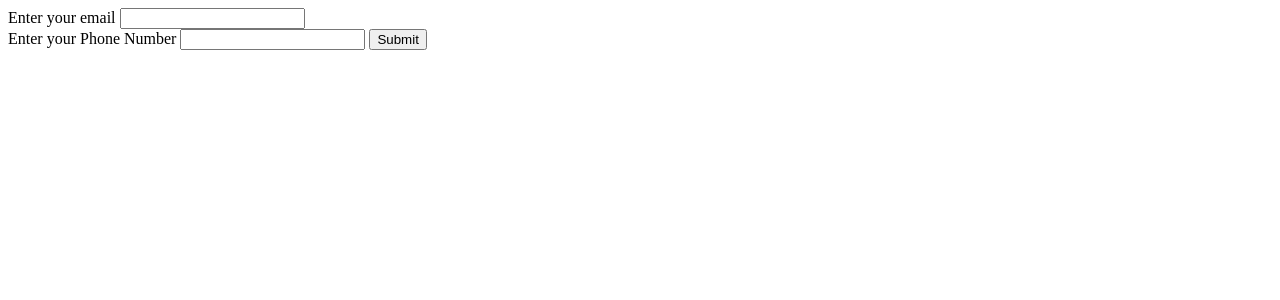
Repository: OmarAl-Saleh/Hospital-Emergency-System
Page: http://localhost/EmergencySystem/patient/sign-in.jsp
These files come from the project's save history. The page is drawn as it stood at one moment and after the next save; the edit follows.
The browser window is 1280 px wide. The pictures show the whole page.
The page is served by Tomcat 9. Other server files are loaded and not shown.

Above is the page before, as saved 2024-05-22 08:23:54.

### EmergencySystem/EmergencySystem/src/main/webapp/patient/sign-in.jsp
<%@ page language="java" contentType="text/html; charset=ISO-8859-1"
    pageEncoding="ISO-8859-1"%>
<!DOCTYPE html>
<html>
<head>
<meta charset="ISO-8859-1">
<title>Patient sign in page</title>
</head>
<body>
<form action="servlets/patient" method="get">
<label>Enter your email</label>
<input type="email" name="email"/>
<br>
<label>Enter your Phone Number</label>
<input type="tel" name="phoneNumber"/>
<input type="submit" value="Submit" />
</form>
</body>
</html>

After the next save:
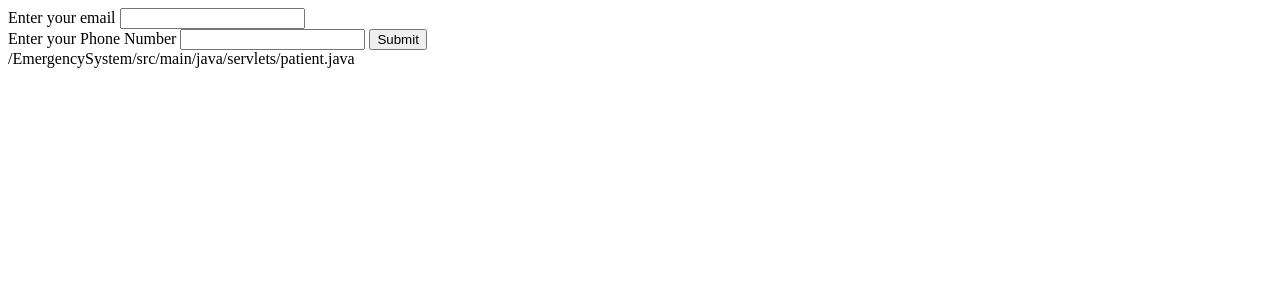
Saved 85 s later.
--- a/EmergencySystem/EmergencySystem/src/main/webapp/patient/sign-in.jsp
+++ b/EmergencySystem/EmergencySystem/src/main/webapp/patient/sign-in.jsp
@@ -7,7 +7,7 @@
 <title>Patient sign in page</title>
 </head>
 <body>
-<form action="servlets/patient" method="get">
+<form action="/EmergencySystem/src/main/java/servlets/patient.java" method="get">
 <label>Enter your email</label>
 <input type="email" name="email"/>
 <br>
@@ -17,3 +17,4 @@
 </form>
 </body>
 </html>
+/EmergencySystem/src/main/java/servlets/patient.java

After the 2 saves that followed:
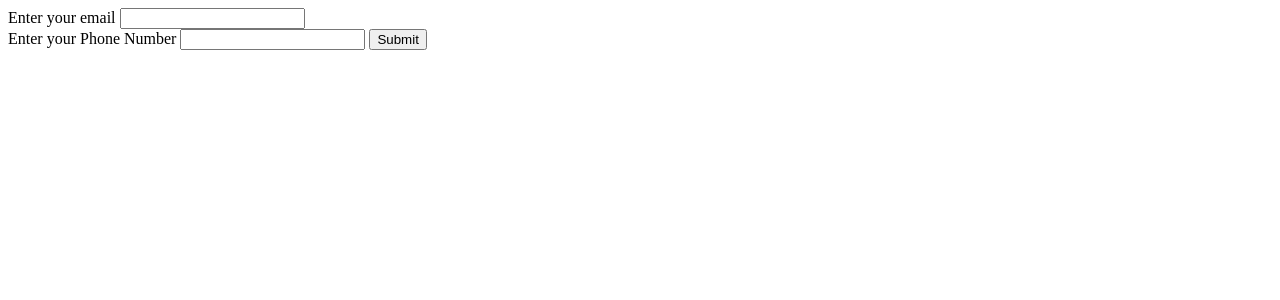
The 2 saves are shown as one change because 1 left the picture as it was.
The last was saved 46 s later.
--- a/EmergencySystem/EmergencySystem/src/main/webapp/patient/sign-in.jsp
+++ b/EmergencySystem/EmergencySystem/src/main/webapp/patient/sign-in.jsp
@@ -7,7 +7,7 @@
 <title>Patient sign in page</title>
 </head>
 <body>
-<form action="/EmergencySystem/src/main/java/servlets/patient.java" method="get">
+<form action="servlets/patient" method="get">
 <label>Enter your email</label>
 <input type="email" name="email"/>
 <br>
@@ -17,4 +17,3 @@
 </form>
 </body>
 </html>
-/EmergencySystem/src/main/java/servlets/patient.java
